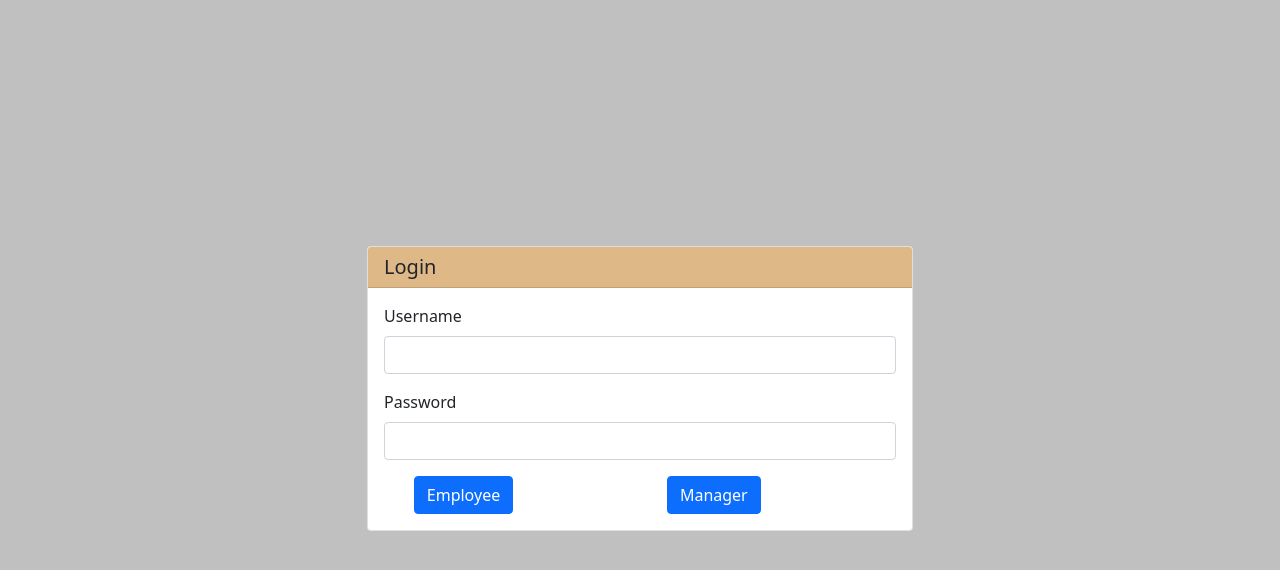
Repository: mavn2/ERS
Page: http://localhost/ExpenseReimbursementSystem/
An editor plug-in stored every save of this project. The page is shown before and after the next save, followed by the edit.
The browser window is 1280 px wide. The pictures show the whole page.
The page is served by Tomcat 9. Other server files are loaded and not shown.

Above is the page before, as saved 2021-04-02 11:41:34.

### APP/ExpenseReimbursementSystem/src/main/webapp/index.html
<!DOCTYPE html>
<html>
  <head>
    <meta charset="UTF-8" />
    <title>Welcome</title>
    <link
      href="https://cdn.jsdelivr.net/npm/bootstrap@5.0.0-beta3/dist/css/bootstrap.min.css"
      rel="stylesheet"
      integrity="sha384-eOJMYsd53ii+scO/bJGFsiCZc+5NDVN2yr8+0RDqr0Ql0h+rP48ckxlpbzKgwra6"
      crossorigin="anonymous"
    />
    <link href="style/style.css" rel="stylesheet">
  </head>
  <body>
    <div class="container">
      <div class="row align-items-center justify-content-center">
        <div class="col-6">
          <div class="card" id="loginForm">
            <h5 class="card-header" style="background-color: burlywood;">Login</h5>
            <div class="card-body">
              <form action="login" method="post">
                <div class="mb-3">
                  <label class="form-label" for="username">Username</label>
                  <input class="form-control" type="text" name="username" />
                </div>
                <div class="mb-3">
                  <label class="form-label" for="password">Password</label>
                  <input class="form-control" type="password" name="password" />
                </div>
                <div class="row justify-content-evenly">
                  <div class="col-5 align-items-center">
                    <button
                      type="submit"
                      class="btn btn-primary"
                      name="type"
                      value="e"
                    >
                      Employee
                    </button>
                  </div>
                  <div class="col-5 align-items-center">
                    <button
                      type="submit"
                      class="btn btn-primary"
                      name="type"
                      value="m"
                    >
                      Manager
                    </button>
                  </div>
                </div>
              </form>
            </div>
          </div>
        </div>
      </div>
    </div>
		<script src="https://cdn.jsdelivr.net/npm/bootstrap@5.0.0-beta3/dist/js/bootstrap.bundle.min.js" integrity="sha384-JEW9xMcG8R+pH31jmWH6WWP0WintQrMb4s7ZOdauHnUtxwoG2vI5DkLtS3qm9Ekf" crossorigin="anonymous"></script>
    <script
  src="https://code.jquery.com/jquery-3.6.0.js"
  integrity="sha256-H+K7U5CnXl1h5ywQfKtSj8PCmoN9aaq30gDh27Xc0jk="
  crossorigin="anonymous"></script>
  </body>
</html>

### APP/ExpenseReimbursementSystem/src/main/webapp/style/style.css
#userInfo {
	border-right-style: solid;
	border-right-width: 1px;
	border-right-color: black;
}

#userInfo .row {
	border-bottom: 1px solid black;
	padding-top: 1px;
}

#loginForm {
	margin-top: 45%;
}

body {
	background: silver;
}

After the next save:
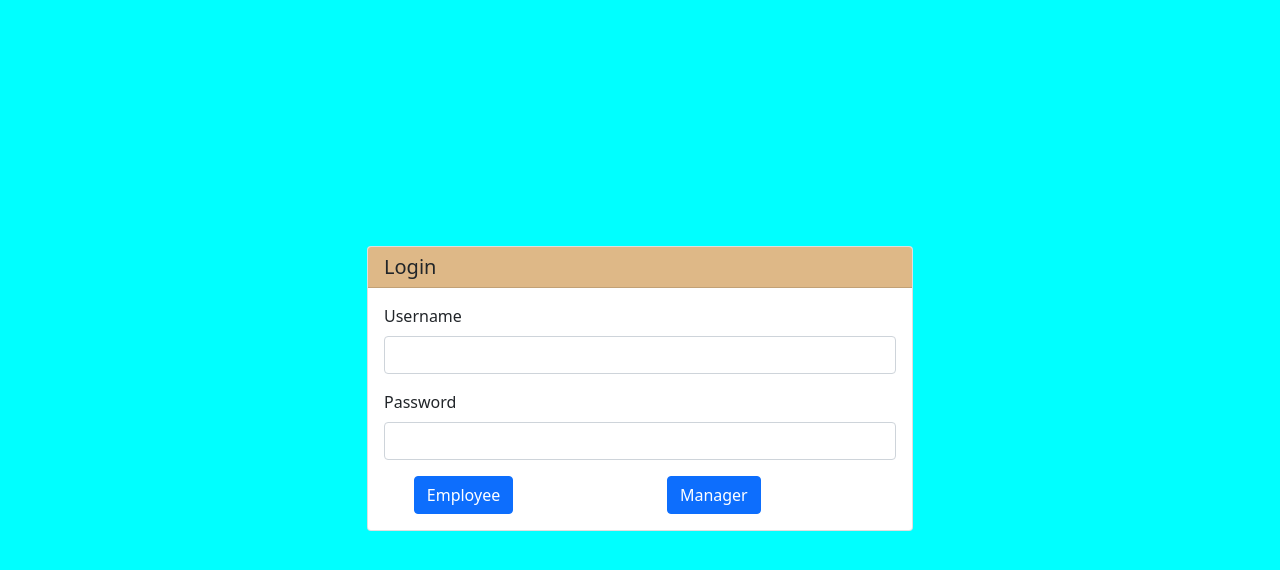
Saved 28 s later.
--- a/APP/ExpenseReimbursementSystem/src/main/webapp/style/style.css
+++ b/APP/ExpenseReimbursementSystem/src/main/webapp/style/style.css
@@ -14,5 +14,5 @@
 }
 
 body {
-	background: silver;
+	background: aqua;
 }
